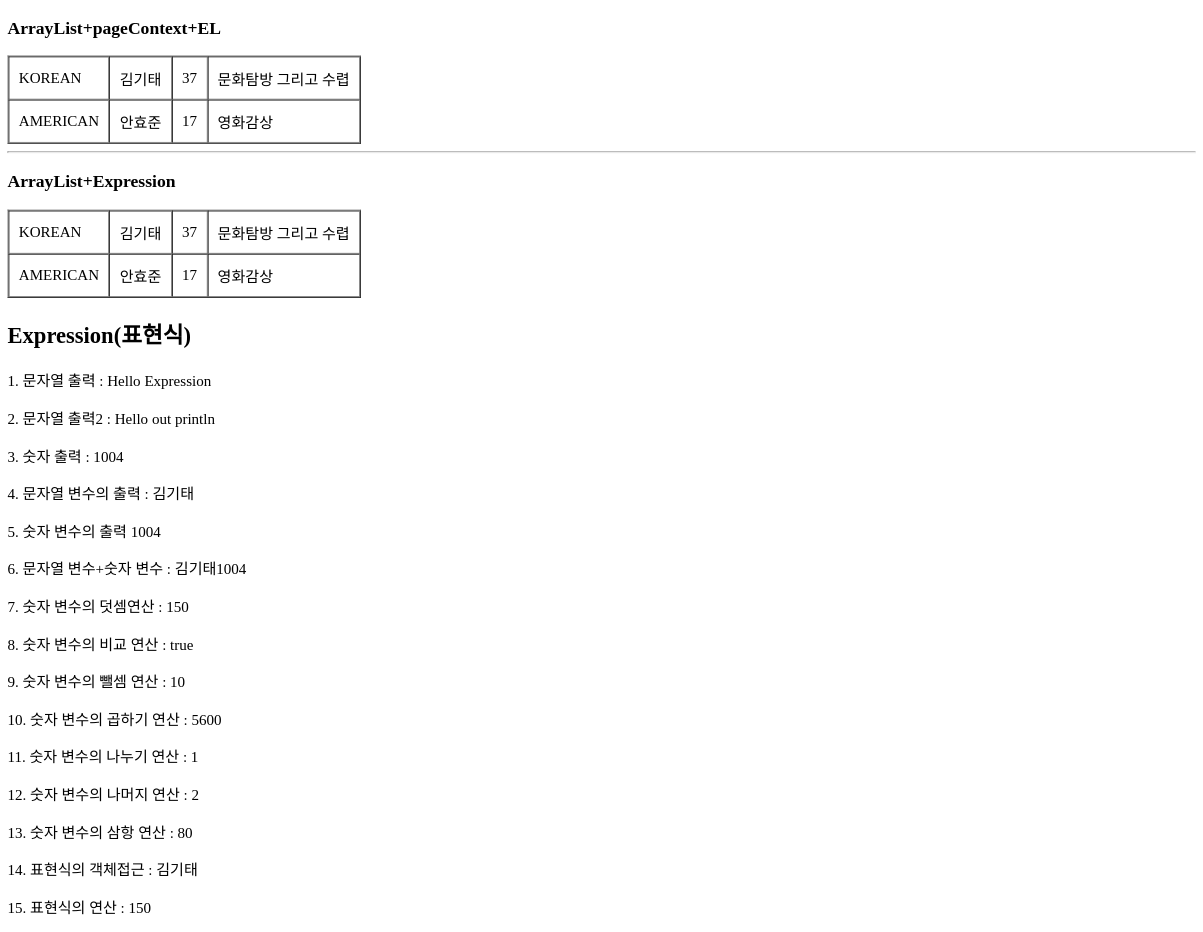
Repository: okgunyang/jsp
Page: http://localhost/practice02/04ExpressionOREL.jsp
The author's editor kept a copy of each file at every save. The page is drawn from the files as they stood at one save, then again after the next save.
The browser window is 1280 px wide. The pictures show the whole page, at 94% of full size.
The page is served by Tomcat 9.

Above is the page before, as saved 2022-11-10 03:32:23.

After the next save:
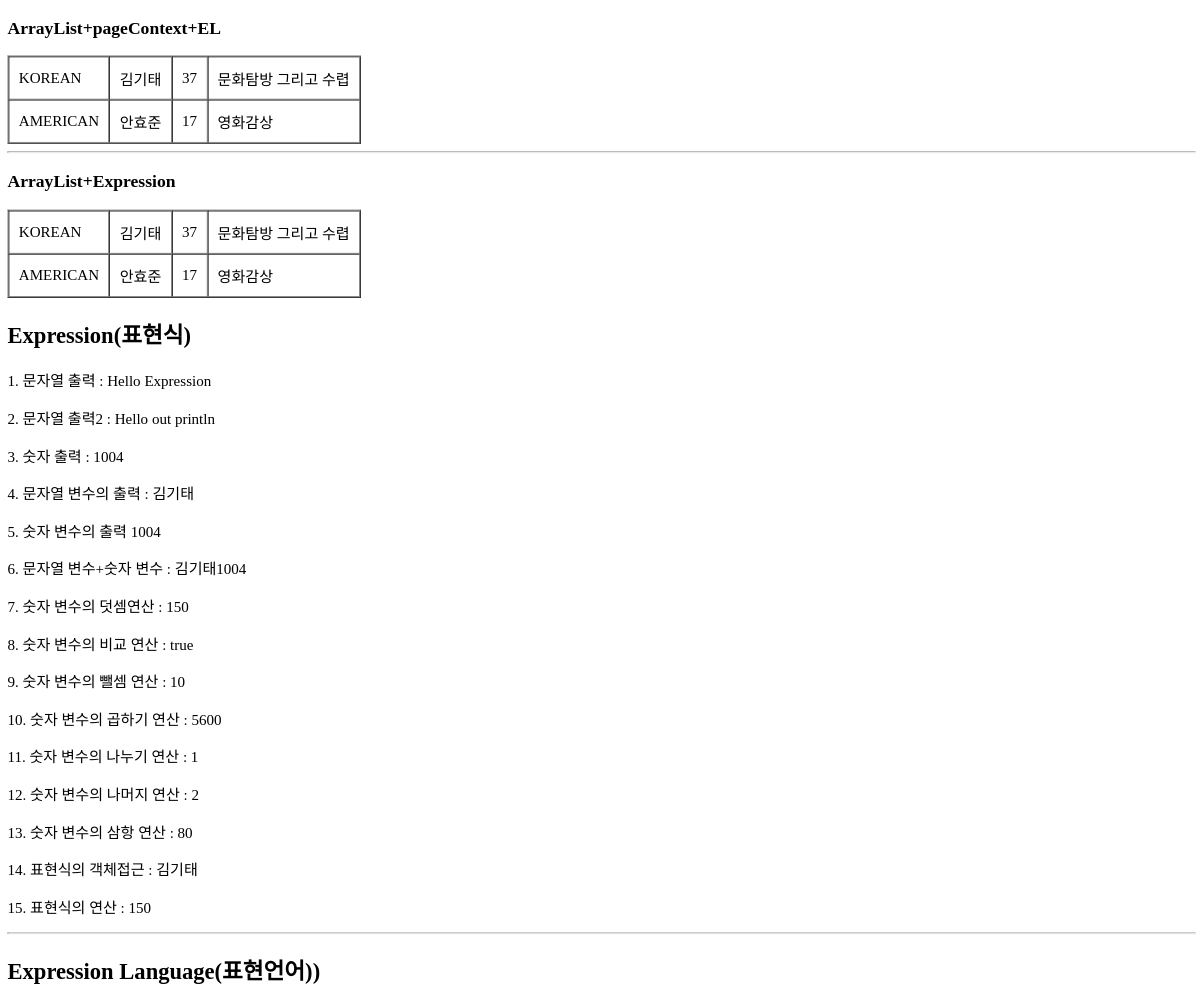
Saved 56 s later.
--- a/practice02/WebContent/04ExpressionOREL.jsp
+++ b/practice02/WebContent/04ExpressionOREL.jsp
@@ -85,5 +85,8 @@
 <p>13. 숫자 변수의 삼항 연산 : <%=num1>num2?num1:num2 %></p>
 <p>14. 표현식의 객체접근 : <%=h1.getName() %></p>
 <p>15. 표현식의 연산 : <%=num3=num1+num2 %></p>
+<hr>
+<h2>Expression Language(표현언어))</h2>
+
 </body>
 </html>
